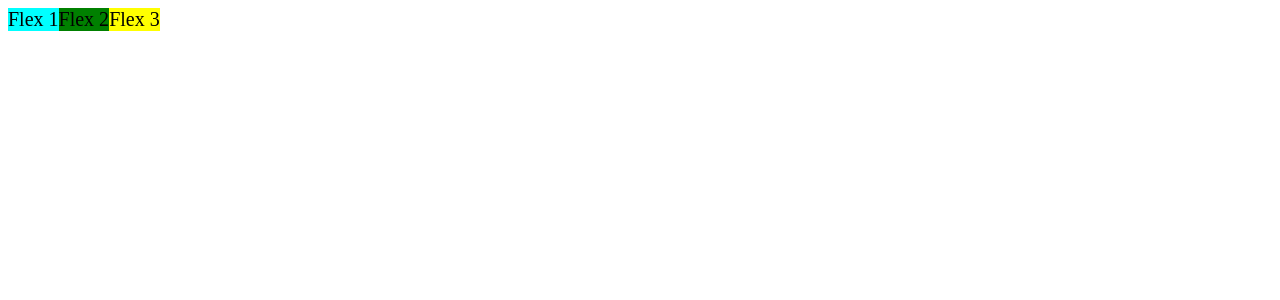
Repository: Kubraaygun/Html_Css_Login
Page: index.html
An editor plug-in stored every save of this project. The page is shown before and after the next save, followed by the edit.
The browser window is 1280 px wide. The pictures show the whole page.

Above is the page before, as saved 2025-03-04 21:26:28.

### index.html
<!DOCTYPE html>
<html lang="en">
  <head>
    <meta charset="UTF-8" />
    <meta name="viewport" content="width=device-width, initial-scale=1.0" />
    <title>HTML</title>
    <link rel="stylesheet" href="style.css" />
  </head>

  <body>
    <div class="container" style="display: flex">
      <div style="background-color: aqua">Flex 1</div>
      <div style="background-color: green">Flex 2</div>
      <div style="background-color: yellow">Flex 3</div>
    </div>
  </body>
</html>

### style.css
body {
  font-size: 20px;
}
.h1:hover {
  background-color: purple;
}
#h1:hover {
  color: purple;
}
.link:hover {
  text-decoration: none;
}

ol {
  background-color: aqua;
  margin: 40px;
  border: 10px solid red;
}

ul {
  background-color: yellow;
  margin: 20px 60px 0 30px;
  padding: 10px;
  border: 20px groove red;
  border-radius: 30px 10px 50px 0;
}

li {
  background-color: burlywood;
  margin: 10px;
  padding: 5px;
}

After the next save:
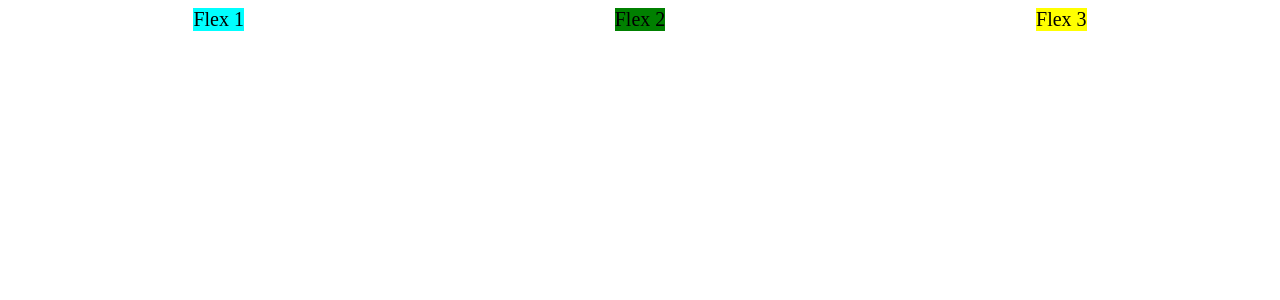
Saved 23 s later.
--- a/index.html
+++ b/index.html
@@ -8,7 +8,7 @@
   </head>
 
   <body>
-    <div class="container" style="display: flex">
+    <div class="container" style="display: flex; justify-content: space-around">
       <div style="background-color: aqua">Flex 1</div>
       <div style="background-color: green">Flex 2</div>
       <div style="background-color: yellow">Flex 3</div>
